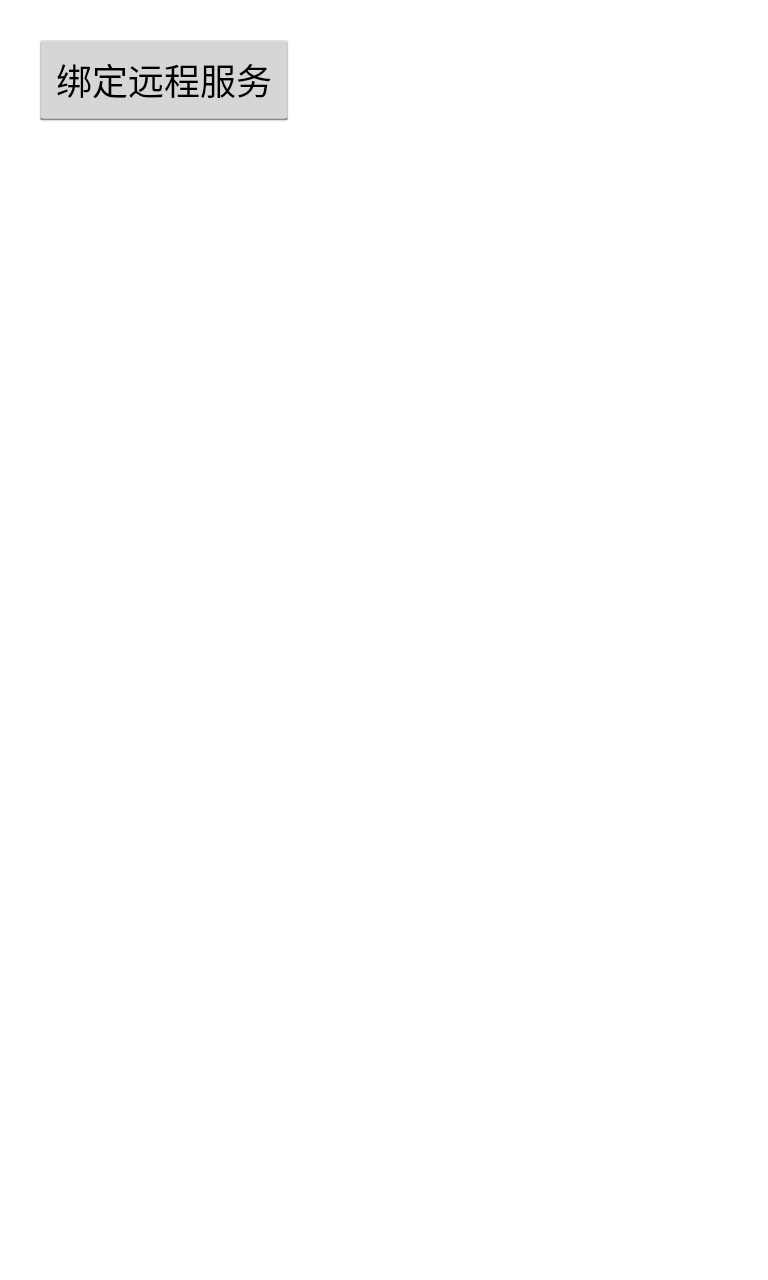
Repository: DongHuaLu/android
Layout: 32AidlClient/res/layout/activity_main.xml
The author's editor kept a copy of each file at every save. The layout is drawn from the files as they stood at one save, then again after the next save.
It is drawn on a 768 x 1280 px phone screen (xhdpi) without system bars, with theme AppTheme; the app's code is not run.

Above is the layout before, as saved 2013-09-02 01:50:35.

### 32AidlClient/res/layout/activity_main.xml
<LinearLayout xmlns:android="http://schemas.android.com/apk/res/android"
    xmlns:tools="http://schemas.android.com/tools"
    android:layout_width="match_parent"
    android:layout_height="match_parent"
    android:paddingBottom="@dimen/activity_vertical_margin"
    android:paddingLeft="@dimen/activity_horizontal_margin"
    android:paddingRight="@dimen/activity_horizontal_margin"
    android:paddingTop="@dimen/activity_vertical_margin"
    android:orientation="vertical"
    tools:context=".MainActivity" >

    <Button
        android:layout_width="wrap_content"
        android:layout_height="wrap_content"
        android:text="绑定远程服务" />

</LinearLayout>

Loaded but not shown: 32AidlClient/res/values/styles.xml (common file); 32AidlClient/res/values-v11/styles.xml (common file); 32AidlClient/res/values-v14/styles.xml (common file); 32AidlClient/res/values/dimens.xml (common file)

After the next save:
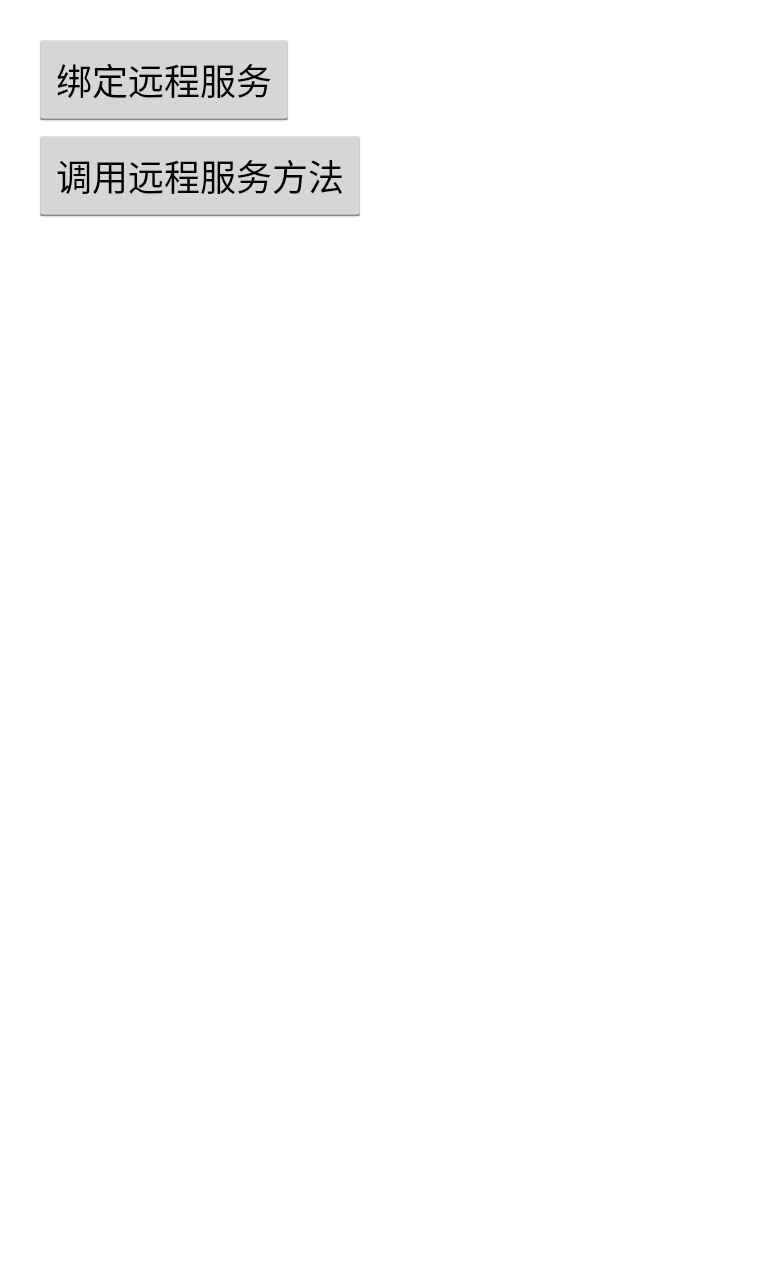
Saved 14 s later.
--- a/32AidlClient/res/layout/activity_main.xml
+++ b/32AidlClient/res/layout/activity_main.xml
@@ -2,11 +2,11 @@
     xmlns:tools="http://schemas.android.com/tools"
     android:layout_width="match_parent"
     android:layout_height="match_parent"
+    android:orientation="vertical"
     android:paddingBottom="@dimen/activity_vertical_margin"
     android:paddingLeft="@dimen/activity_horizontal_margin"
     android:paddingRight="@dimen/activity_horizontal_margin"
     android:paddingTop="@dimen/activity_vertical_margin"
-    android:orientation="vertical"
     tools:context=".MainActivity" >
 
     <Button
@@ -14,4 +14,9 @@
         android:layout_height="wrap_content"
         android:text="绑定远程服务" />
 
+    <Button
+        android:layout_width="wrap_content"
+        android:layout_height="wrap_content"
+        android:text="调用远程服务方法" />
+
 </LinearLayout>
